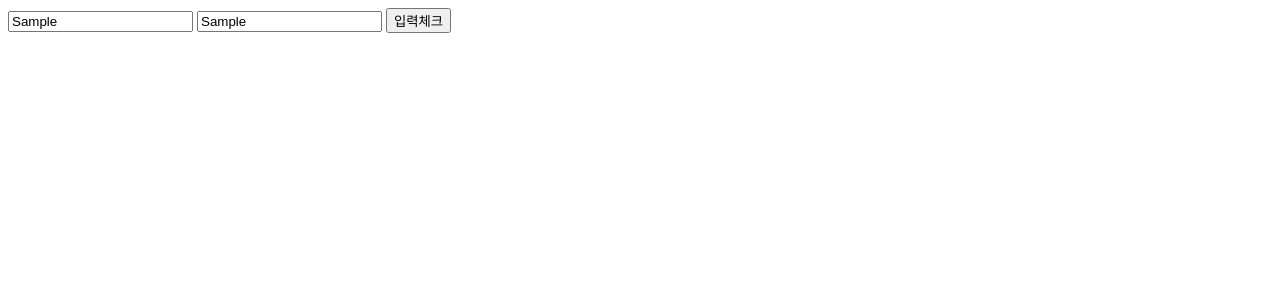
Repository: mjh1583/Hustar03_eGov
Page: http://localhost/JavaScript/js005.jsp
The author's editor kept a copy of each file at every save. The page is drawn from the files as they stood at one save, then again after the next save.
The browser window is 1280 px wide. The pictures show the whole page.
Empty fields were first filled with sample values (such as "Sample", 5 or name@example.com).
After loading, the first visible `input[onclick="fn_check();"]` was clicked once.
The page is served by Tomcat 9.

Above is the page before, as saved 2021-05-06 06:37:07.

### workspace/JavaScript/src/main/webapp/js005.jsp
<%@ page language="java" contentType="text/html; charset=UTF-8"
    pageEncoding="UTF-8"%>
<!DOCTYPE html>
<html>
<head>
	<meta charset="UTF-8">
	<title>이벤트 - JQuery</title>
</head>
<body>
	<div>
		<input type="text" id="txt" class="cls_txt" name="txt" placeholder="입력란..."/>
		<input type="text" id="txt2" class="cls_txt" name="txt2" placeholder="입력란2..."/>
		<input type="button" value="입력체크" onclick="fn_check();"/>
	</div>

	<script src="https://code.jquery.com/jquery-3.6.0.js" ></script>
	<script type="text/javascript">
		function fn_check() {
			//$('#txt').val("testtest!!!");
			//$('.cls_txt').val("클래스 테스트 입니다.");
			//$('input').val("태그네임 selector");
			//$('input[name="txt"]').val("txt입니다.");

			alert($('#txt').attr('type'));
		}
	</script>
</body>
</html>

After the next save:
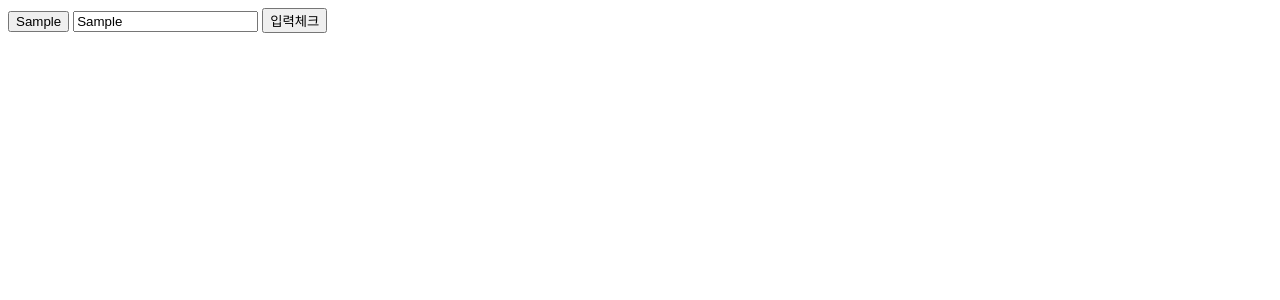
Saved 55 s later.
--- a/workspace/JavaScript/src/main/webapp/js005.jsp
+++ b/workspace/JavaScript/src/main/webapp/js005.jsp
@@ -21,7 +21,9 @@
 			//$('input').val("태그네임 selector");
 			//$('input[name="txt"]').val("txt입니다.");
 
-			alert($('#txt').attr('type'));
+			//alert($('#txt').attr('type'));
+			$('#txt').attr('type', 'button')
+
 		}
 	</script>
 </body>
